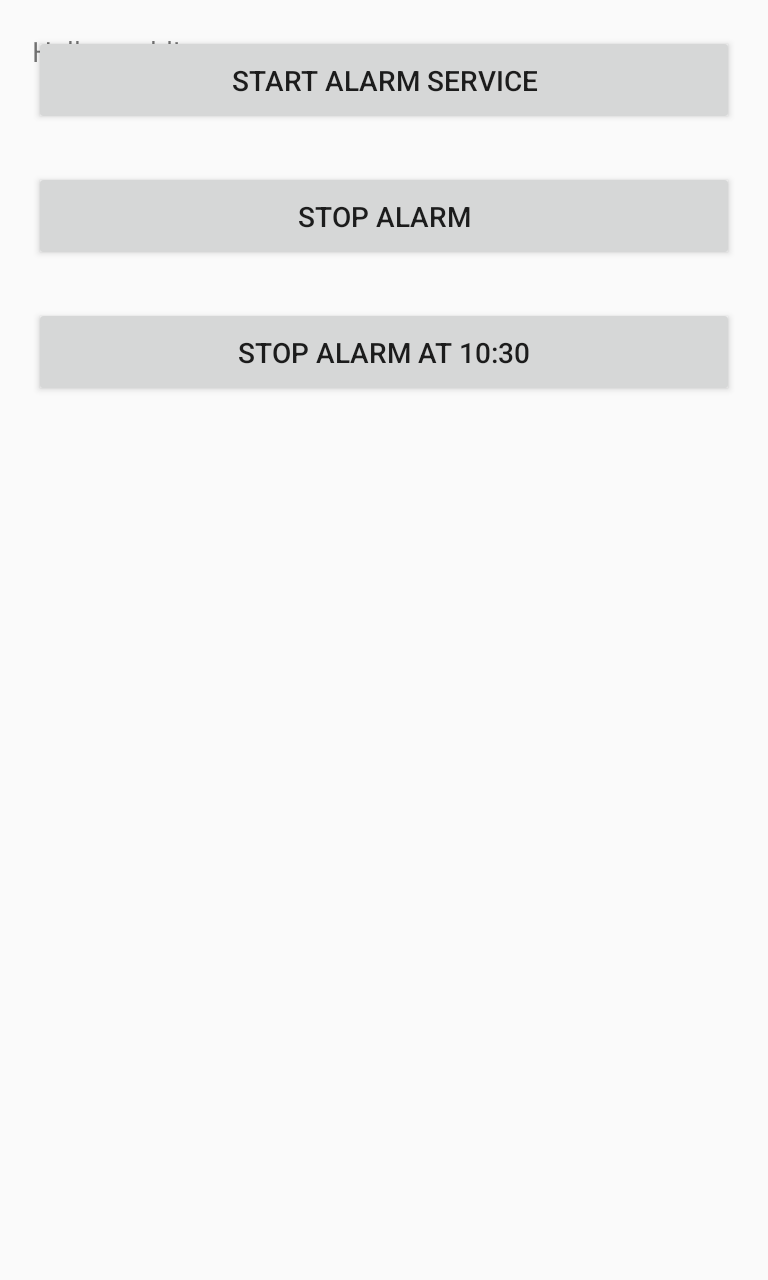
Repository: aludena18/android_apps
Layout: AlarmService/res/layout/activity_main.xml
The author's editor kept a copy of each file at every save. The layout is drawn from the files as they stood at one save, then again after the next save.
It is drawn on a 768 x 1280 px phone screen (xhdpi) without system bars, with theme AppTheme; the app's code is not run. The app's manifest (not shown) leaves right-to-left support off. So textAlignment, textDirection and layoutDirection are ignored, and left and right values win over start and end ones.

Above is the layout before, as saved 2015-06-26 21:15:34.

### AlarmService/res/layout/activity_main.xml
<RelativeLayout xmlns:android="http://schemas.android.com/apk/res/android"
    xmlns:tools="http://schemas.android.com/tools"
    android:layout_width="match_parent"
    android:layout_height="match_parent"
    android:paddingBottom="@dimen/activity_vertical_margin"
    android:paddingLeft="@dimen/activity_horizontal_margin"
    android:paddingRight="@dimen/activity_horizontal_margin"
    android:paddingTop="@dimen/activity_vertical_margin"
    tools:context="com.javatechig.alarmservice.MainActivity" >

    <TextView
        android:layout_width="wrap_content"
        android:layout_height="wrap_content"
        android:text="@string/hello_world" />



    <Button
        android:id="@+id/startAlarm"
        android:layout_width="match_parent"
        android:layout_height="wrap_content"
        android:layout_alignParentLeft="true"
        android:layout_alignParentStart="true"
        android:layout_below="@+id/textView"
        android:layout_marginBottom="20dp"
        android:text="Start Alarm Service" />

    <Button
        android:id="@+id/stopAlarm"
        android:layout_width="match_parent"
        android:layout_height="wrap_content"
        android:layout_below="@+id/startAlarm"
        android:layout_marginBottom="20dp"
        android:text="Stop Alarm" />


    <Button
        android:id="@+id/stopAlarmAt10"
        android:layout_width="match_parent"
        android:layout_height="wrap_content"
        android:layout_below="@+id/stopAlarm"
        android:text="Stop Alarm at 10:30" />

</RelativeLayout>

### AlarmService/res/values/strings.xml
<?xml version="1.0" encoding="utf-8"?>
<resources>

    <string name="app_name">Alarm Service</string>
    <string name="hello_world">Hello world!</string>
    <string name="action_settings">Settings</string>

</resources>

Loaded but not shown: AlarmService/res/values/styles.xml (common file); AlarmService/res/values-v11/styles.xml (common file); AlarmService/res/values-v14/styles.xml (common file); AlarmService/res/values/dimens.xml (common file); AlarmService/res/values-w820dp/dimens.xml (common file)

After the next save:
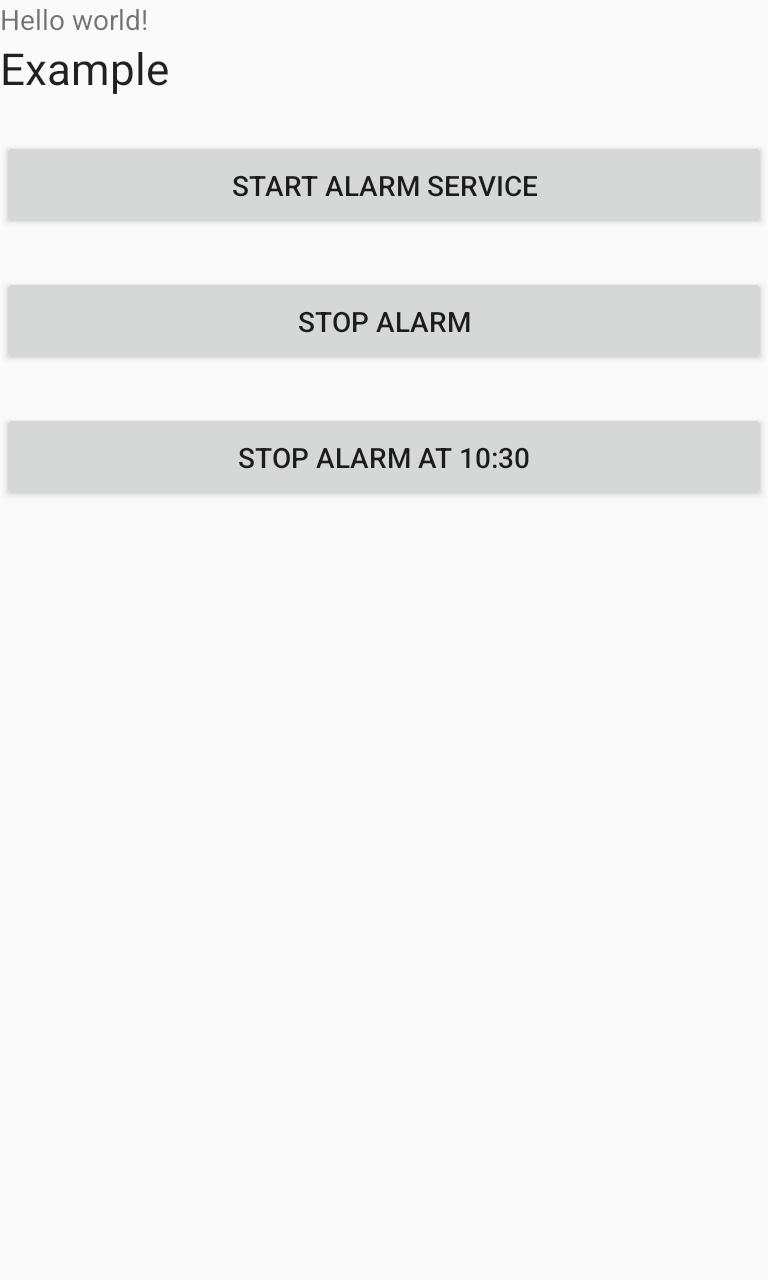
Saved 51 s later.
--- a/AlarmService/res/layout/activity_main.xml
+++ b/AlarmService/res/layout/activity_main.xml
@@ -1,11 +1,8 @@
-<RelativeLayout xmlns:android="http://schemas.android.com/apk/res/android"
+<LinearLayout xmlns:android="http://schemas.android.com/apk/res/android"
     xmlns:tools="http://schemas.android.com/tools"
     android:layout_width="match_parent"
     android:layout_height="match_parent"
-    android:paddingBottom="@dimen/activity_vertical_margin"
-    android:paddingLeft="@dimen/activity_horizontal_margin"
-    android:paddingRight="@dimen/activity_horizontal_margin"
-    android:paddingTop="@dimen/activity_vertical_margin"
+    android:orientation="vertical"
     tools:context="com.javatechig.alarmservice.MainActivity" >
 
     <TextView
@@ -13,7 +10,13 @@
         android:layout_height="wrap_content"
         android:text="@string/hello_world" />
 
-
+    <TextView
+        android:id="@+id/textView"
+        android:layout_width="wrap_content"
+        android:layout_height="wrap_content"
+        android:layout_marginBottom="20dp"
+        android:text="Example"
+        android:textAppearance="?android:attr/textAppearanceLarge" />
 
     <Button
         android:id="@+id/startAlarm"
@@ -41,4 +44,4 @@
         android:layout_below="@+id/stopAlarm"
         android:text="Stop Alarm at 10:30" />
 
-</RelativeLayout>
+</LinearLayout>
